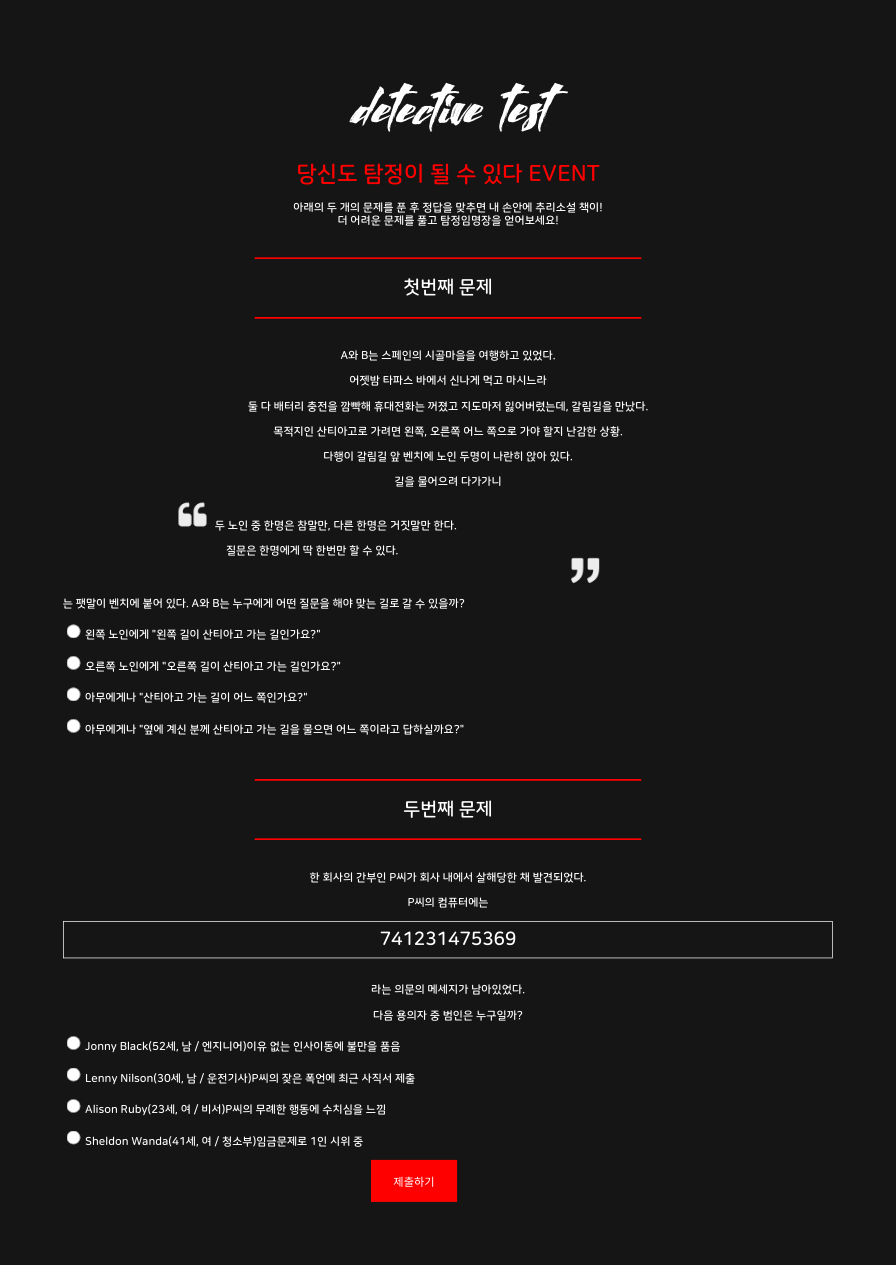
Repository: minkyung0421/Event_Project
Page: http://localhost/Event/quiz.jsp
An editor plug-in stored every save of this project. The page is shown before and after the next save, followed by the edit.
The browser window is 1280 px wide. The pictures show the whole page, at 70% of full size.
The page is served by Tomcat 9.

Above is the page before, as saved 2018-09-04 07:45:16.

### Event_Project/Event/WebContent/quiz.jsp
<%@ page language="java" contentType="text/html; charset=UTF-8"
    pageEncoding="UTF-8"%>
<!DOCTYPE html PUBLIC "-//W3C//DTD HTML 4.01 Transitional//EN" "http://www.w3.org/TR/html4/loose.dtd">
<html>
<head>
<meta http-equiv="Content-Type" content="text/html; charset=UTF-8">
<title>EVENT</title>
<style>
@font-face{
	font-family: 'Calligraphy Personal Use'; src:url('font/Calligraphy Personal Use.ttf');
}
@font-face{font-family:'NANUMSQUAREROUNDL'; src:url('font/NANUMSQUAREROUNDL.TTF')}
@font-face{font-family:'NANUMSQUAREROUNDB'; src:url('font/NANUMSQUAREROUNDB.TTF')}

body{
	margin:7%;
	padding:0px;
	font-family:'NANUMSQUAREROUNDB';
	background-color: #151515;
	color: white;
}

button{
  background:red;
  color:#fff;
  border:none;
  position:relative;
  height:60px;
  font-size:1em;
  padding:0 2em;
  cursor:pointer;
  transition:800ms ease all;
  outline:none;
}
button:hover{
  background:#151515;
  color:white;
}
button:before,button:after{
  content:'';
  position:absolute;
  top:0;
  right:0;
  height:2px;
  width:0;
  background: red;
  transition:400ms ease all;
}
button:after{
  right:inherit;
  top:inherit;
  left:0;
  bottom:0;
}
button:hover:before,button:hover:after{
  width:100%;
  transition:800ms ease all;
}

</style>
</head>
<style>
</style>
<body>
<form action = "quiz_result.jsp" method="post">
<center><div style = "font-family: Calligraphy Personal Use; font-size: 90pt; margin-top:5%">detective test</div></center>

<center><h1 style = "color:red">당신도 탐정이 될 수 있다 EVENT</h1>
<div style = "color: white;">아래의 두 개의 문제를 푼 후 정답을 맞추면 내 손안에 추리소설 책이! <br>
더 어려운 문제를 풀고 탐정임명장을 얻어보세요!</div>
<br><br>
<hr color="red" style = "width: 50%">
<br>
<div style = "font-size: 20pt;">첫번째 문제</div>
<br>
<hr color="red" style = "width: 50%">
<br>
<br>
</center>
<center>
A와 B는 스페인의 시골마을을 여행하고 있었다. <br><br>
어젯밤 타파스 바에서 신나게 먹고 마시느라 <br><br> 둘 다 배터리 충전을 깜빡해
휴대전화는 꺼졌고 지도마저 잃어버렸는데, 갈림길을 만났다.<br><br>
목적지인 산티아고로 가려면 왼쪽, 오른쪽 어느 쪽으로 가야 할지 난감한 상황. <br><br>
다행이 갈림길 앞 벤치에 노인 두명이 나란히 앉아 있다. <br><br>길을 물어으려 다가가니<br><br> </center>
<div style = "margin-left:15%;"><img src ="img/quote-left.png" widt=40px height=40px>&nbsp;&nbsp;
두 노인 중 한명은 참말만, 다른 한명은 거짓말만 한다.<br><br>&nbsp;&nbsp;&nbsp;&nbsp;&nbsp;&nbsp;&nbsp;
&nbsp;&nbsp;&nbsp;&nbsp;&nbsp;&nbsp;&nbsp;&nbsp;&nbsp;질문은 한명에게 딱 한번만 할 수 있다.<br><img src ="img/right-quote-sign.png" widt=40px height=40px style = "margin-left:60%;"></div><br>
는 팻말이 벤치에 붙어 있다. A와 B는 누구에게 어떤 질문을 해야 맞는 길로 갈 수 있을까?<br><br>


	<label><input type = "radio" name = "quiz1" value = "1" style="width:20px;height:20px;"> 왼쪽 노인에게 "왼쪽 길이 산티아고 가는 길인가요?"</label><br><br>
	<label><input type = "radio" name = "quiz1" value = "2" style="width:20px;height:20px;"> 오른쪽 노인에게 "오른쪽 길이 산티아고 가는 길인가요?"</label><br><br>
	<label><input type = "radio" name = "quiz1" value = "3" style="width:20px;height:20px;"> 아무에게나 "산티아고 가는 길이 어느 쪽인가요?"</label><br><br>
	<label><input type = "radio" name = "quiz1" value = "4" style="width:20px;height:20px;"> 아무에게나 "옆에 계신 분께 산티아고 가는 길을 물으면 어느 쪽이라고 답하실까요?"</label><br><br>

<center>
<br><br>
<hr color="red" style = "width: 50%; ">
<br>
<div style = "font-size: 20pt;">두번째 문제</div>
<br>
<hr color="red" style = "width: 50%;">
<br>
<br>
한 회사의 간부인 P씨가 회사 내에서 살해당한 채 발견되었다.<br><br>
P씨의 컴퓨터에는<br><br>
 <div style="border:1px solid; padding:10px; font-size: 20pt"> 741231475369 </div><br><br>
 라는 의문의 메세지가 남아있었다.<br><br>
 다음 용의자 중 범인은 누구일까? <br><br>
 </center>
	<label><input type = "radio" name = "quiz2" value = "1" style="width:20px;height:20px;"> Jonny Black(52세, 남 / 엔지니어)이유 없는 인사이동에 불만을 품음</label><br><br>
	<label><input type = "radio" name = "quiz2" value = "2" style="width:20px;height:20px;"> Lenny Nilson(30세, 남 / 운전기사)P씨의 잦은 폭언에 최근 사직서 제출</label><br><br>
	<label><input type = "radio" name = "quiz2" value = "3" style="width:20px;height:20px;"> Alison Ruby(23세, 여 / 비서)P씨의 무례한 행동에 수치심을 느낌</label><br><br>
	<label><input type = "radio" name = "quiz2" value = "4" style="width:20px;height:20px;"> Sheldon Wanda(41세, 여 / 청소부)임금문제로 1인 시위 중</label><br><br>


	<button style = "margin-left: 40%;">제출하기</button>
</form>

</body>
</html>

After the next save:
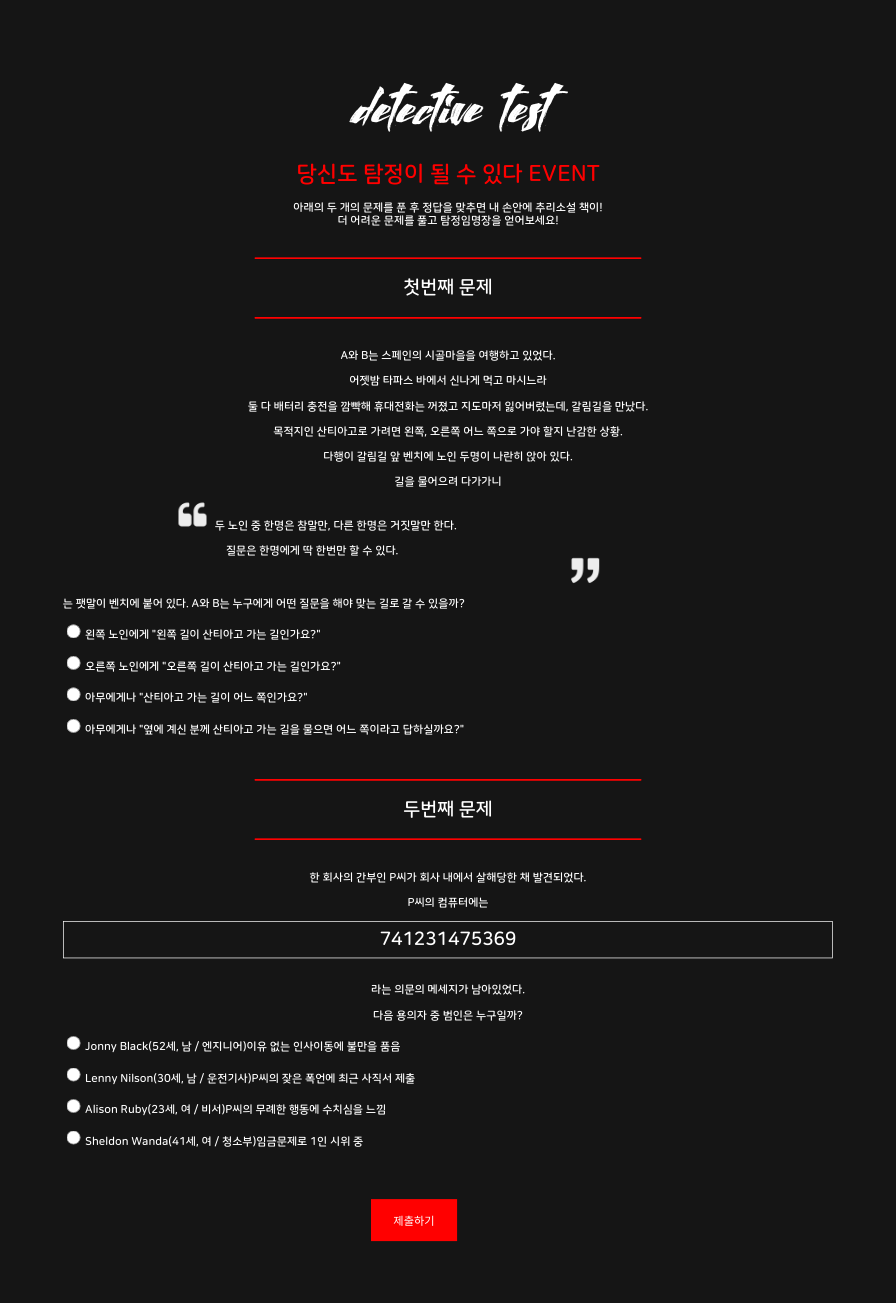
Saved 9 s later.
--- a/Event_Project/Event/WebContent/quiz.jsp
+++ b/Event_Project/Event/WebContent/quiz.jsp
@@ -115,7 +115,7 @@ P씨의 컴퓨터에는<br><br>
 	<label><input type = "radio" name = "quiz2" value = "4" style="width:20px;height:20px;"> Sheldon Wanda(41세, 여 / 청소부)임금문제로 1인 시위 중</label><br><br>
 
 
-	<button style = "margin-left: 40%;">제출하기</button>
+	<button style = "margin-left: 40%; margin-top:5%">제출하기</button>
 </form>
 
 </body>
